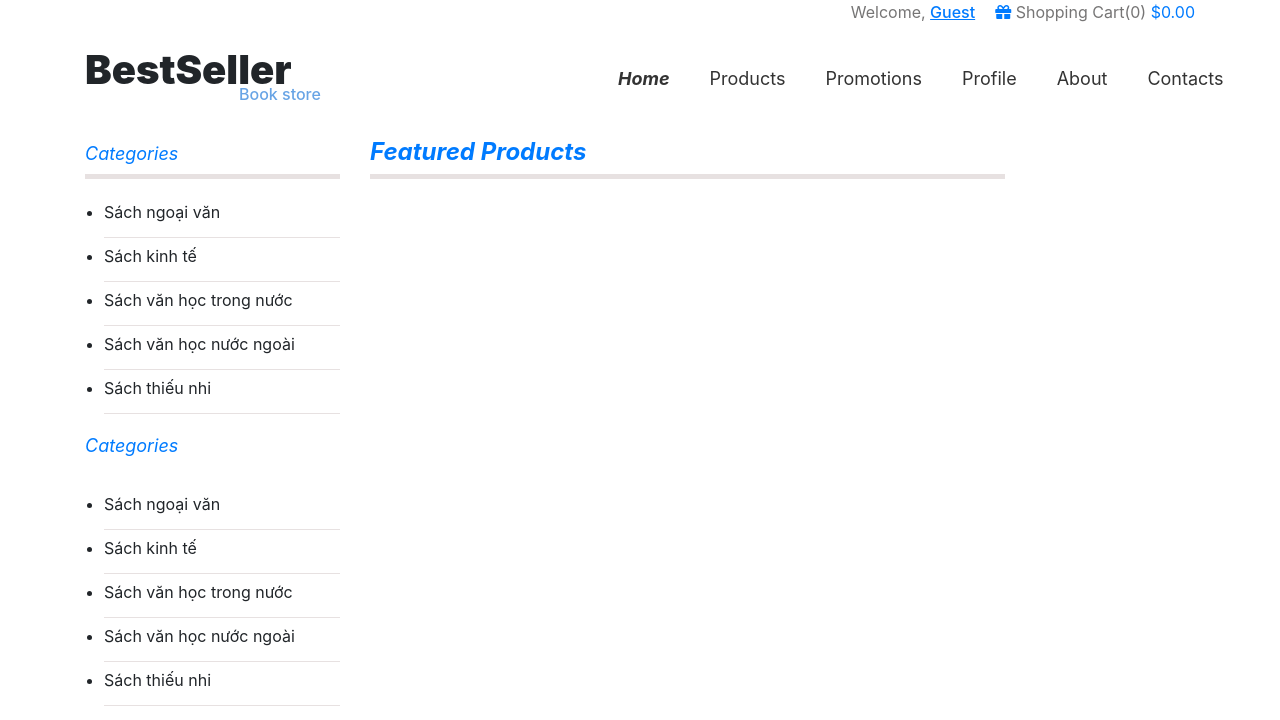
Repository: phunobi1807/BestSeller
Page: index.html
These files come from the project's save history. The page is drawn as it stood at one moment and after the next save; the edit follows.
The browser window is 1280 px wide. The pictures show the whole page.

Above is the page before, as saved 2021-06-28 23:21:05.

### index.html
<!DOCTYPE html>
<html lang="en">
<head>
    <meta charset="UTF-8">
    <meta http-equiv="X-UA-Compatible" content="IE=edge">
    <meta name="viewport" content="width=device-width, initial-scale=1.0">
    <title>BestSeller</title>
    <link rel="stylesheet" href="./css/style.css">
</head>
<body>
    <header id="header">
        <div class="container">
            <div class="top-header">
                <div class="top-nav">
                    <p class="top-nav__text">Welcome, <a href="#" class="top-nav__text-link">Guest</a></p>
                    <div class="top-nav__shopping-cart">
                        <i  class="top-nav__icon fas fa-gift"></i>
                        <span class="top-nav__cart">Shopping Cart(0) <a href="#">$0.00</a></span>
                    </div>
                </div>
                <div class="navigation">
                    <div class="row">
                        <div class="col-lg-4">
                            <div class="navigation-logo">
                                <div class="navigation-logo__text">
                                    <span class="navigation-logo__text-big">BestSeller</span>
                                    <span class="navigation-logo__text-small">Book store</span>
                                </div>
                            </div>
                        </div>
                        <div class="col-lg-6">
                           <ul class="navigation-menu">
                               <li class="navigation-menu__item navigation-menu__item--active" >Home</li>
                               <li class="navigation-menu__item">Products</li>
                               <li class="navigation-menu__item">Promotions</li>
                               <li class="navigation-menu__item">Profile</li>
                               <li class="navigation-menu__item">About</li>
                               <li class="navigation-menu__item">Contacts</li>
                           </ul>
                        </div>
                    </div>
                </div>
            </div>
        </div>
    </header>
    <div id="content">
        <div class="container">
            <div class="row">
                <div class="col-sm-3">
                    <div class="side-bar">
                        <p class="side-bar__title side-bar__title--one">
                            Categories
                        </p>
                        <ul class="side-bar__list side-bar__list--one">
                            <li class="side-bar__list-item">Sách ngoại văn</li>
                            <li class="side-bar__list-item">Sách kinh tế</li>
                            <li class="side-bar__list-item">Sách văn học trong nước</li>
                            <li class="side-bar__list-item">Sách văn học nước ngoài</li>
                            <li class="side-bar__list-item">Sách thiếu nhi</li>
                        </ul>
                        <p class="side-bar__title side-bar__title--two">
                            Categories
                        </p>
                        <ul class="side-bar__list side-bar__list--two">
                            <li class="side-bar__list-item">Sách ngoại văn</li>
                            <li class="side-bar__list-item">Sách kinh tế</li>
                            <li class="side-bar__list-item">Sách văn học trong nước</li>
                            <li class="side-bar__list-item">Sách văn học nước ngoài</li>
                            <li class="side-bar__list-item">Sách thiếu nhi</li>
                        </ul>
                    </div>
                </div>
                <div class="col-sm-7">
                    <div class="products">
                        <p class="product__title">
                            Featured Products
                        </p>
                    </div>
                </div>
            </div>
        </div>
    </div>
<link rel="stylesheet" href="https://use.fontawesome.com/releases/v5.15.3/css/all.css" integrity="sha384-SZXxX4whJ79/gErwcOYf+zWLeJdY/qpuqC4cAa9rOGUstPomtqpuNWT9wdPEn2fk" crossorigin="anonymous">
<link rel="stylesheet" href="https://maxcdn.bootstrapcdn.com/bootstrap/4.5.2/css/bootstrap.min.css">
<script src="https://ajax.googleapis.com/ajax/libs/jquery/3.5.1/jquery.min.js"></script>
<script src="https://cdnjs.cloudflare.com/ajax/libs/popper.js/1.16.0/umd/popper.min.js"></script>
<script src="https://maxcdn.bootstrapcdn.com/bootstrap/4.5.2/js/bootstrap.min.js"></script>
</body>
</html>

### css/style.css
@import url(https://fonts.googleapis.com/css2?family=Roboto:wght@100;200;300;400;500;600;800;900&display=swap);
:root {
    --color-primary: #007bff;
}

* {
    box-sizing: inherit;
}

html {
    box-sizing: border-box;
    margin: 0;
    font-family: 'Roboto', sans-serif;
}

/* top nav  */

.top-nav {
    display: flex;
    justify-content: flex-end;
}

.top-nav__text {
    padding: 0 20px;
}

.top-nav__text-link {
    font-weight: 500;
    text-decoration: underline;
}

.top-nav__text, .top-nav__cart {
    color: #767575;
}

.top-nav__icon {
    color: var(--color-primary);
}

/* logo-menu  */

.navigation-logo {
    position: relative;
}

.navigation-logo__text-big {
    font-size: 40px;
    font-weight: 900;
}

.navigation-logo__text-small {
    position: absolute;
    bottom: 0;
    left: 44%;
    top: 70%;
    color: #68a4e5;
    font-weight: 500;
}

/* Danh sach menu  */

.navigation-menu {
    display: flex;
    line-height: 78px;
    list-style: none;
    padding: 0 133px;
}

.navigation-menu__item--active {
    font-style: italic;
    font-weight: bold;
}

.navigation-menu__item {
    font-size: 18px;
    color: #333;
    margin: 0 20px;
}

/* Content  */

.side-bar__title {
    color: var(--color-primary);
    line-height: 40px;
    font-size: 18px;
    font-style: italic;
}

.side-bar__title--one {
    position: relative;
}

.product__title {
    position: relative;
    color: var(--color-primary);
    font-weight: 700;
    font-style: italic;
    font-size: 24px;
}

.side-bar__title--one::after {
    position: absolute;
    content: "";
    left: 0;
    top: 40px;
    width: 100%;
    height: 5px;
    background-color: #e7e1e1;
}

.product__title::after {
    position: absolute;
    content: "";
    left: 0;
    top: 40px;
    width: 100%;
    height: 5px;
    background-color: #e7e1e1;
}

/* Side bar */

.side-bar__list {
    padding-left: 19px;
}

.side-bar__list-item {
    position: relative;
    padding: 10px 0;
}

.side-bar__list-item::after {
    position: absolute;
    content: "";
    left: 0;
    bottom: -4px;
    width: 100%;
    height: 1px;
    background-color: #e7e1e1;
}

After the next save:
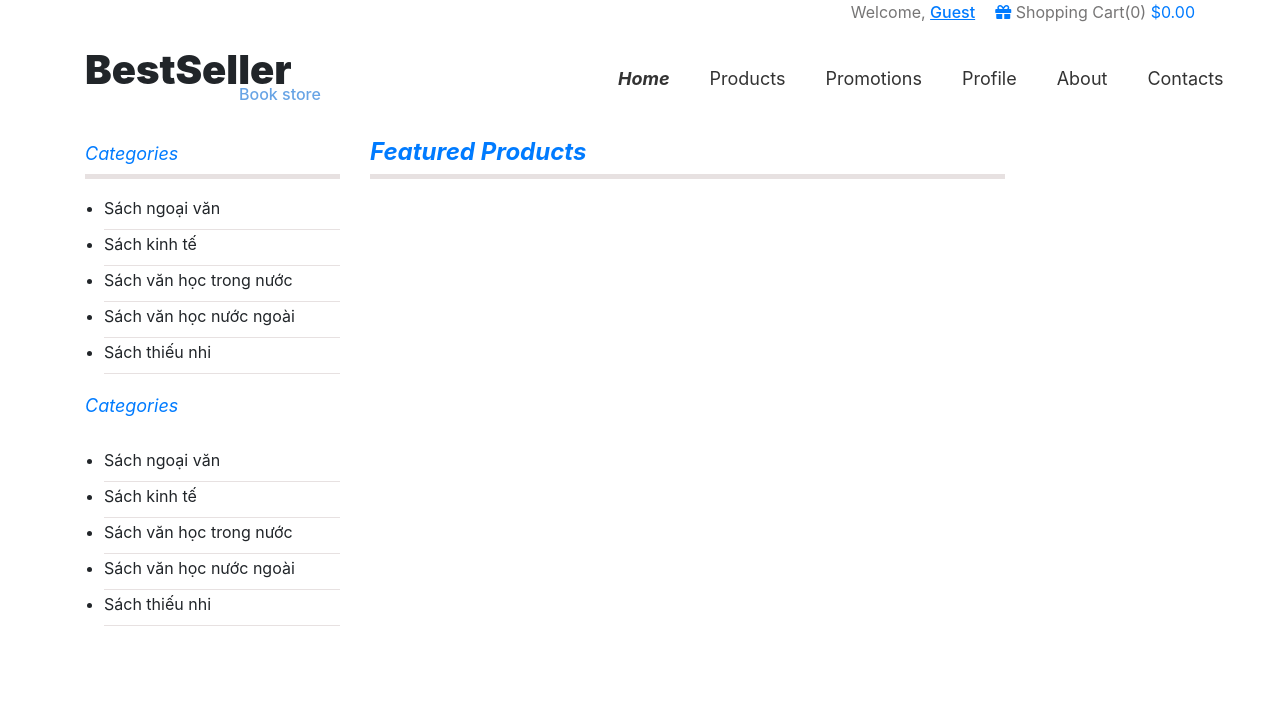
Saved 11 s later.
--- a/css/style.css
+++ b/css/style.css
@@ -126,7 +126,7 @@ html {
 
 .side-bar__list-item {
     position: relative;
-    padding: 10px 0;
+    padding: 6px 0;
 }
 
 .side-bar__list-item::after {
